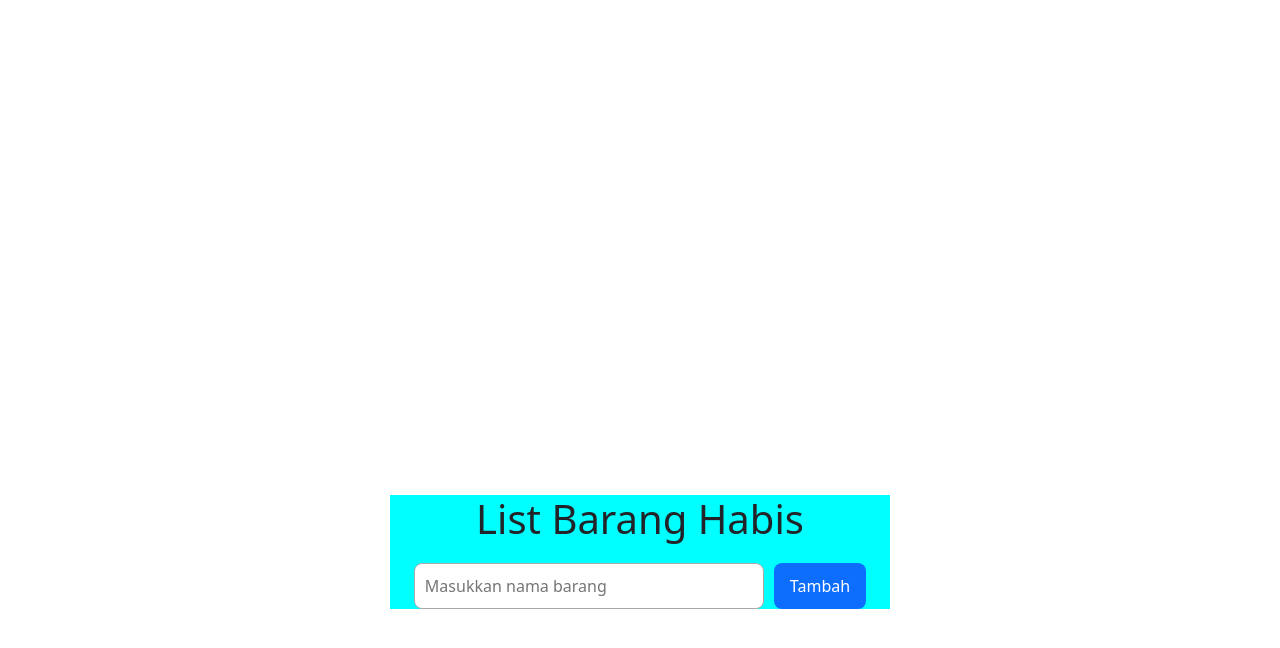
Repository: amorysdeo/dirumah
Page: index.html
These files come from the project's save history. The page is drawn as it stood at one moment and after the next save; the edit follows.
The browser window is 1280 px wide. The pictures show the whole page.

Above is the page before, as saved 2025-11-27 11:57:04.

After the next save:
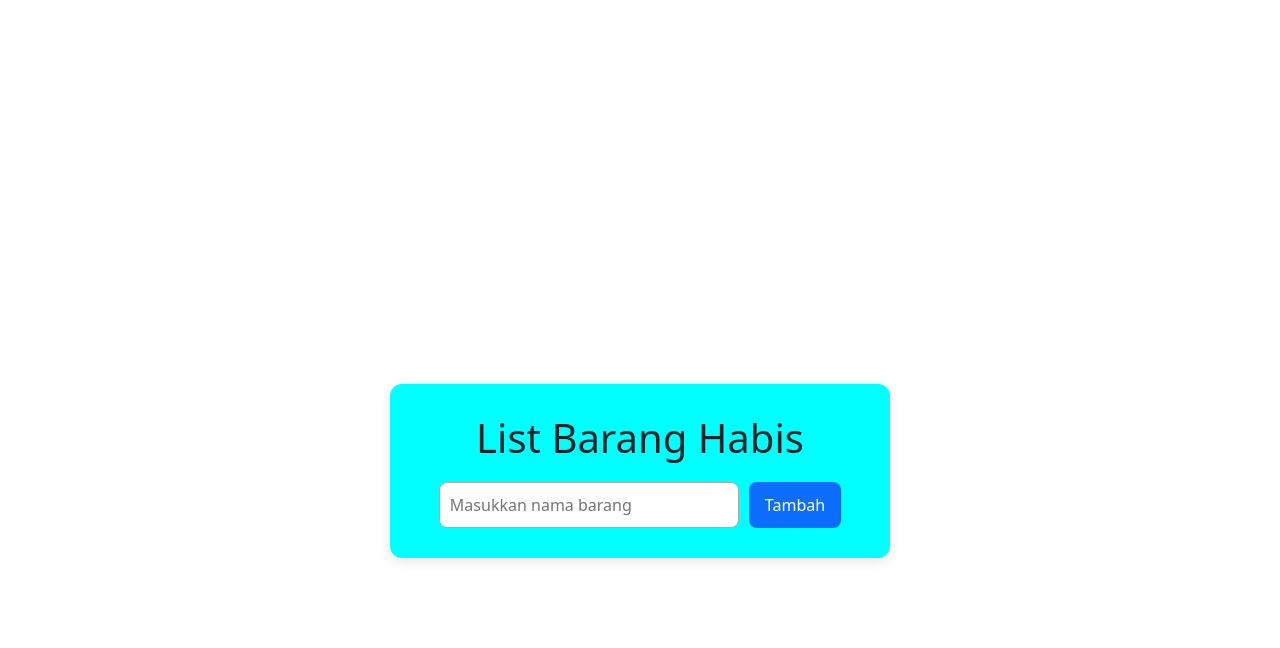
Saved 51 s later.
--- a/css.css
+++ b/css.css
@@ -1,12 +1,7 @@
 body {
+    padding-top: 30%;
     margin: 0;
-    min-height: 100vh;
-    display: flex;
-    flex-direction: column;
-    align-items: center;
-    justify-content: center;
     background-color: #f5f5f5;
-    padding-top: 30%;
 }
 
 /* BOX UTAMA */
@@ -14,31 +9,39 @@ body {
     background-color: aqua;
     width: 75%;
     max-width: 500px;
-    text-align: center; /* semua isi auto center */
+    padding: 30px;
+    border-radius: 12px;
+    box-shadow: 0 4px 12px rgba(0,0,0,0.1);
+
+    /* INI YANG NENGAHAN KANAN-KIRI */
+    margin-left: auto;
+    margin-right: auto;
+
+    /* Biar kontennya center */
+    text-align: center;
 }
 
 /* TITLE */
 #title h1 {
-    margin: 0 0 20px 0;
+    margin-bottom: 20px;
 }
 
-/* INPUT + BUTTON WRAPPER */
+/* INPUT + BUTTON */
 #inputan {
     display: flex;
+    justify-content: center;
     gap: 10px;
-    justify-content: center;
 }
 
-/* INPUT STYLE */
 #inputan input {
     padding: 10px;
     width: 70%;
+    max-width: 300px;
     border-radius: 8px;
     border: 1px solid #aaa;
     font-size: 16px;
 }
 
-/* BUTTON STYLE */
 #inputan button {
     padding: 10px 16px;
     border-radius: 8px;
